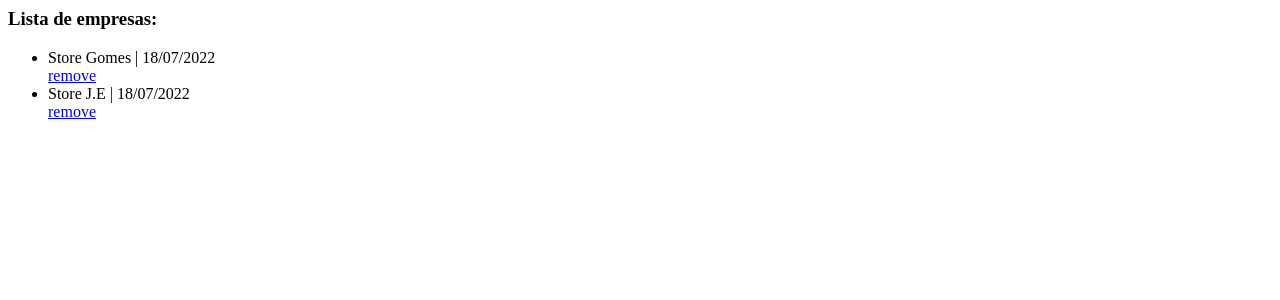
Repository: EmersonRGomes/study
Page: http://localhost/gerenciadorstudy/listaEmpresas
An editor plug-in stored every save of this project. The page is shown before and after the next save, followed by the edit.
The browser window is 1280 px wide. The pictures show the whole page.
The page is served by Tomcat 9. Other server files are loaded and not shown.

Above is the page before, as saved 2022-07-31 19:16:43.

### gerenciadorstudy/webContent/listaEmpresaCriada.jsp
<%@ taglib uri="http://java.sun.com/jsp/jstl/core" prefix="c" %>
<%@ taglib uri="http://java.sun.com/jsp/jstl/fmt" prefix="fmt" %>

<!DOCTYPE hmtl>
<html>
<head>
<meta charset="ISO-8859-1">
<title>Java Standard Taglib</title>
</head>
<body>
   <h3>Lista de empresas: </h3>

    <ul>
        <c:forEach items="${empresas}" var="empresa">
            <li>${empresa.nome} | <fmt:formatDate value="${empresa.dataAbertura}" pattern="dd/MM/yyyy"/></li>
            <a href="/gerenciadorstudy/removeEmoresa"> remove </a>
        </c:forEach>
    </ul>

</body>
</html>

### gerenciadorstudy/src/main/java/br/com/gerenciadorstudy/servlet/ListaEmpresasSevlet.java
package br.com.gerenciadorstudy.servlet;

import java.io.IOException;
import java.util.List;

import javax.servlet.RequestDispatcher;
import javax.servlet.ServletException;
import javax.servlet.annotation.WebServlet;
import javax.servlet.http.HttpServlet;
import javax.servlet.http.HttpServletRequest;
import javax.servlet.http.HttpServletResponse;

@WebServlet("/listaEmpresas")
public class ListaEmpresasSevlet extends HttpServlet {
	private static final long serialVersionUID = 1L;

	/**
	 * @see HttpServlet#doGet(HttpServletRequest request, HttpServletResponse response)
	 */
	protected void doGet(HttpServletRequest request, HttpServletResponse response)
			throws ServletException, IOException {
		// TODO Auto-generated method stub
		List<Empresa> lista = Banco.getEmpresa();


		//Iniciando a lista com uma empresa
		if (lista.isEmpty() ) {
			Empresa empresa2 = new Empresa();
			empresa2.setNome("Store Gomes");
			lista.add(empresa2);
			Empresa empresa3 = new Empresa();
			empresa3.setNome("Store J.E");
			lista.add(empresa3);
		}


		request.setAttribute("empresas", lista);

		RequestDispatcher rd = request.getRequestDispatcher("/listaEmpresaCriada.jsp");
		rd.forward(request, response);

	}


}

### gerenciadorstudy/src/main/java/br/com/gerenciadorstudy/servlet/Banco.java
package br.com.gerenciadorstudy.servlet;

import java.util.ArrayList;
import java.util.List;

public class Banco {

	private static List<Empresa> lista = new ArrayList<>();

	public void adiconar(Empresa empresa) {
		Banco.lista.add(empresa);
	}

	public static List<Empresa> getEmpresa(){
		return Banco.lista;
	}


}

### gerenciadorstudy/src/main/java/br/com/gerenciadorstudy/servlet/Empresa.java
package br.com.gerenciadorstudy.servlet;

import java.util.Date;

public class Empresa {

	//Atributos
	private int id;
	private String nome;
	private Date dataAbertura = new Date();

	public Empresa() {
	}

	public Empresa(String nome) {
		this.nome = nome;
	}

	//Getters e Setters
	public Date getDataAbertura() {
		return dataAbertura;
	}
	public void setDataAbertura(Date dataAbertura) {
		this.dataAbertura = dataAbertura;
	}

	public int getId() {
		return id;
	}
	public void setId(int id) {
		this.id = id;
	}
	public String getNome() {
		return nome;
	}
	public void setNome(String nome) {
		this.nome = nome;
	}


}

After the next save:
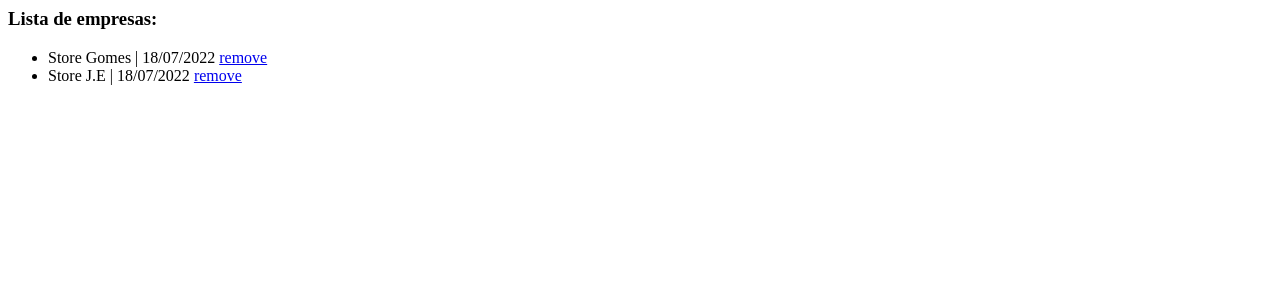
Saved 30 s later.
--- a/gerenciadorstudy/webContent/listaEmpresaCriada.jsp
+++ b/gerenciadorstudy/webContent/listaEmpresaCriada.jsp
@@ -12,8 +12,9 @@
 
     <ul>
         <c:forEach items="${empresas}" var="empresa">
-            <li>${empresa.nome} | <fmt:formatDate value="${empresa.dataAbertura}" pattern="dd/MM/yyyy"/></li>
-            <a href="/gerenciadorstudy/removeEmoresa"> remove </a>
+            <li>${empresa.nome} | <fmt:formatDate value="${empresa.dataAbertura}" pattern="dd/MM/yyyy"/>
+            	<a href="/gerenciadorstudy/removeEmoresa"> remove </a>
+            </li>
         </c:forEach>
     </ul>
 
